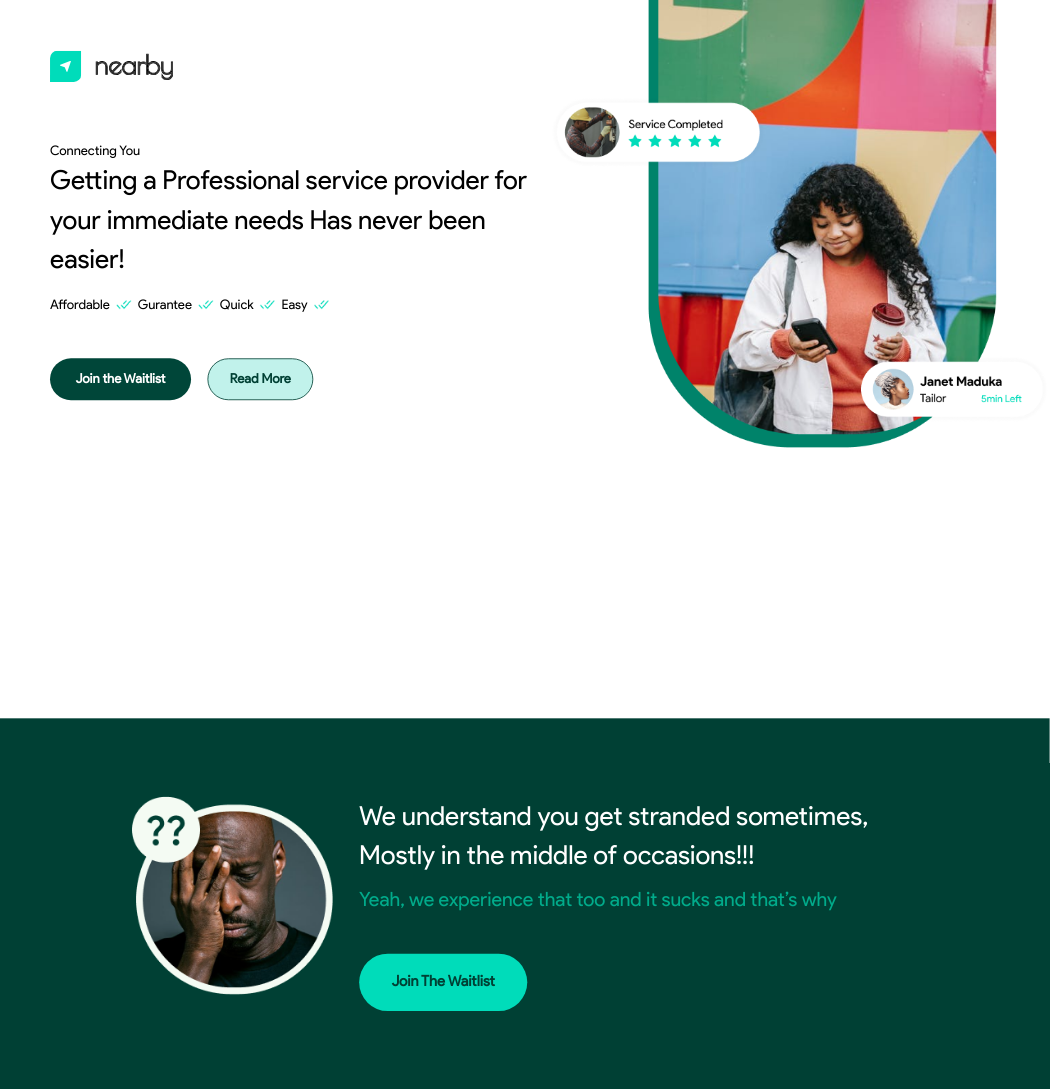
Repository: Eugene44-hub/Mearby
Page: /
These files come from the project's save history. The page is drawn as it stood at one moment and after the next save; the edit follows.
The browser window is 1280 px wide. The pictures show the whole page, at 82% of full size.
The project was rebuilt for these pictures with package versions that can differ from the ones it lists, and the page was loaded fresh each time.

Above is the page before, as saved 2022-04-30 07:41:49.

After the next save:
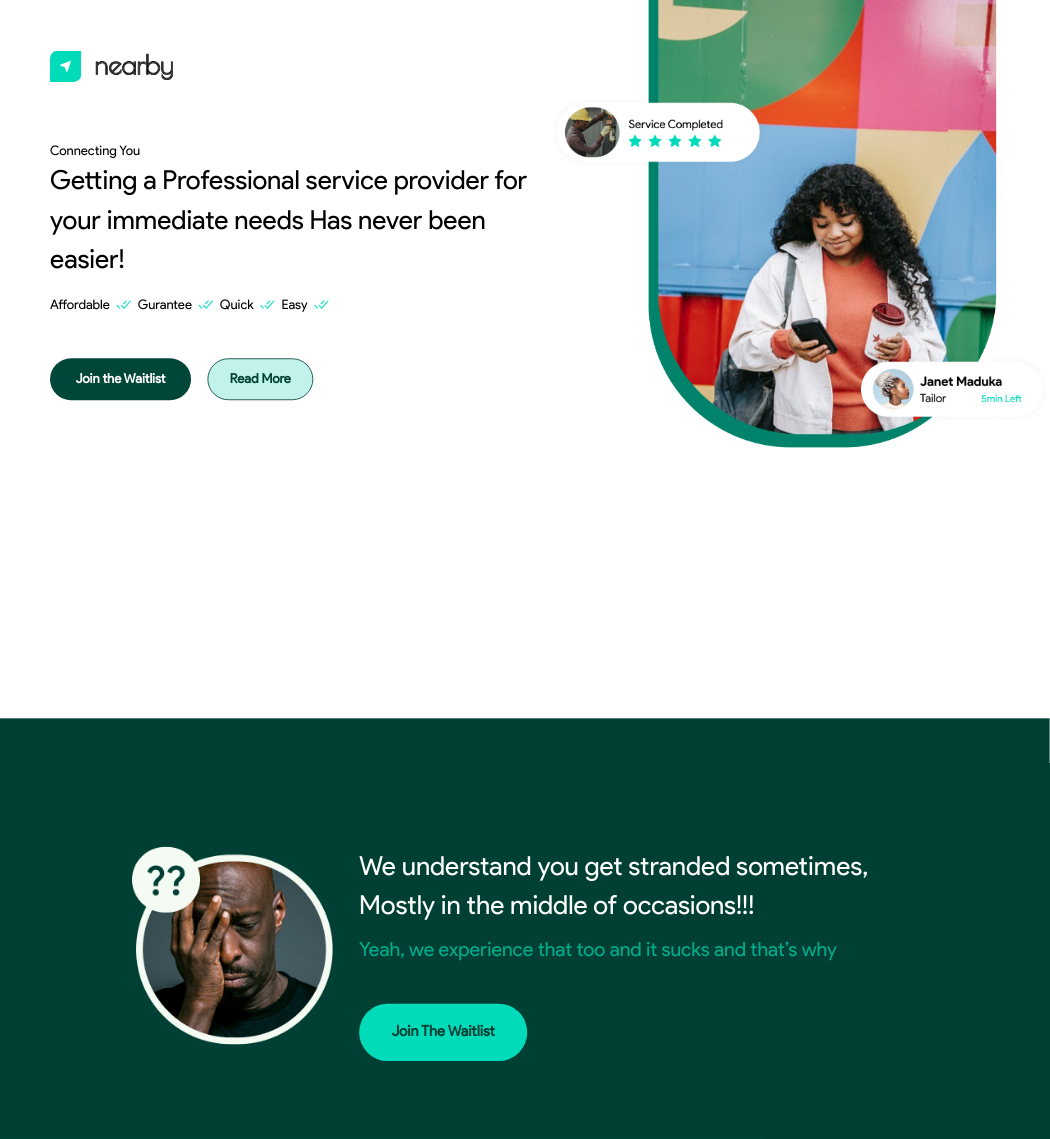
Saved 36 s later.
--- a/src/components/understand/Understand.tsx
+++ b/src/components/understand/Understand.tsx
@@ -4,7 +4,7 @@ import WaitLight from "../../components/Buttons/WaitLight"
 const Understand = () => {
   return (
     <div className='bg-[#004034] mt-[20rem]'>
- <div className='container  md:px-0 px-5 pt-[9.75rem] md:py-[5.938rem] md:pl-[61px] md:pr-[27px] md:flex justify-center  relative mt-[20rem]'>
+ <div className='container  md:px-0 px-5 pt-[9.75rem] py-[5.938rem] md:pl-[61px] md:pr-[27px] md:flex justify-center  relative mt-[20rem]'>
 
 <img src={understand} className=" absolute block md:hidden translate-x-[-50%] left-[50%] top-[-20%]" alt="understand" />
 <div className='md:block hidden mr-[2rem]'>
